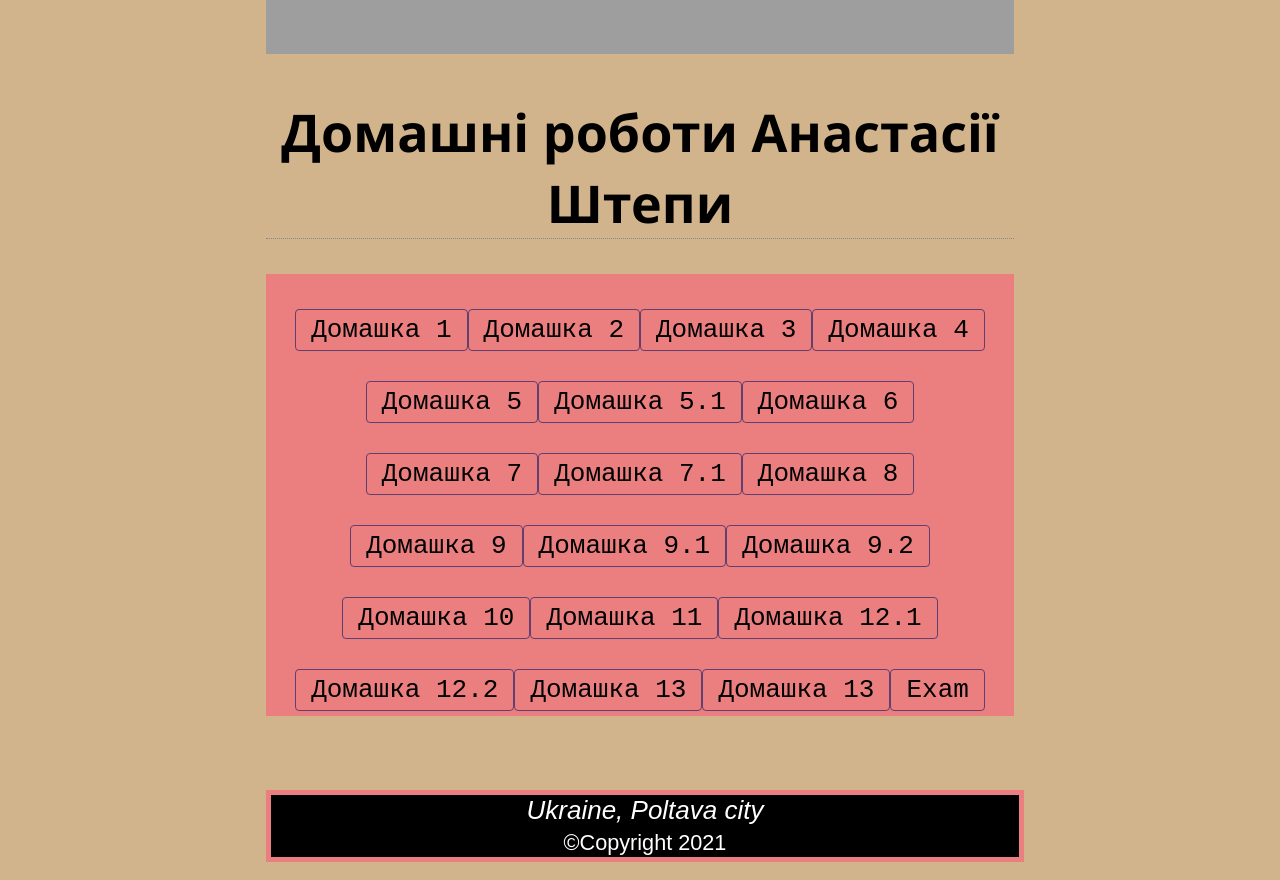
Repository: shtepaa/project-works.github.io
Page: index.html
The author's editor kept a copy of each file at every save. The page is drawn from the files as they stood at one save, then again after a run of saves.
The browser window is 1280 px wide. The pictures show the part of the page from y = 264 to 1216 px (the page is 1144 px tall before and 1216 px after).
Pictures or frames that could not be fetched are drawn as grey boxes.

Above is the page before, as saved 2021-11-15 10:55:51.

After the next 3 saves:
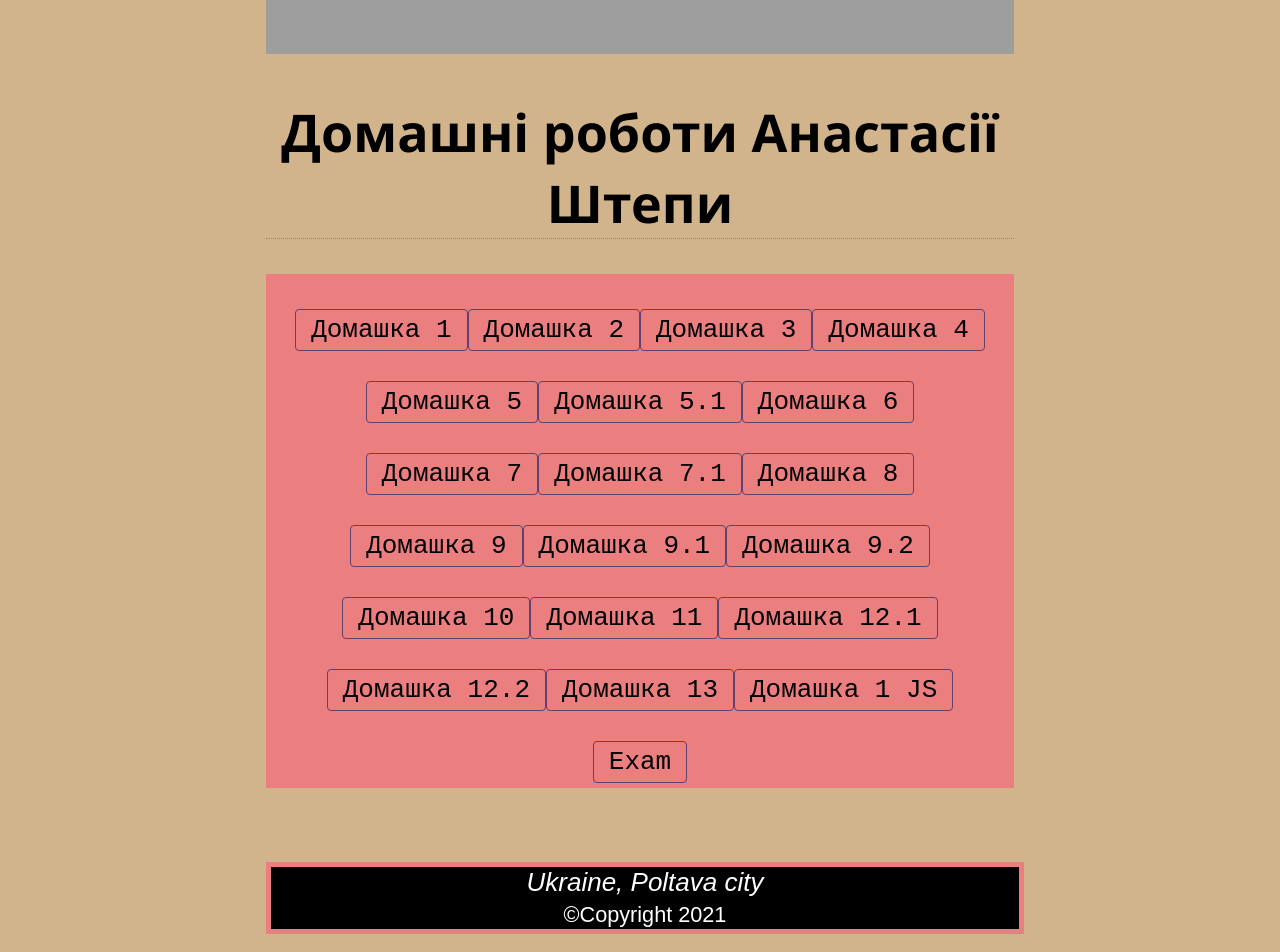
The 3 saves are shown as one change because they came seconds apart.
The last was saved 12 s later.
--- a/index.html
+++ b/index.html
@@ -82,7 +82,7 @@
           <a href="./lesson-13-home-work/index.html">Домашка 13</a>
         </div>
         <div class="cover">
-          <a href="./lesson-13-home-work/index.html">Домашка 13</a>
+          <a href="./lesson-13-home-work/index.html">Домашка 1 JS</a>
         </div>
         <div class="cover">
           <a href="./game-store-main/war-star-exam/index.html">Exam</a>
